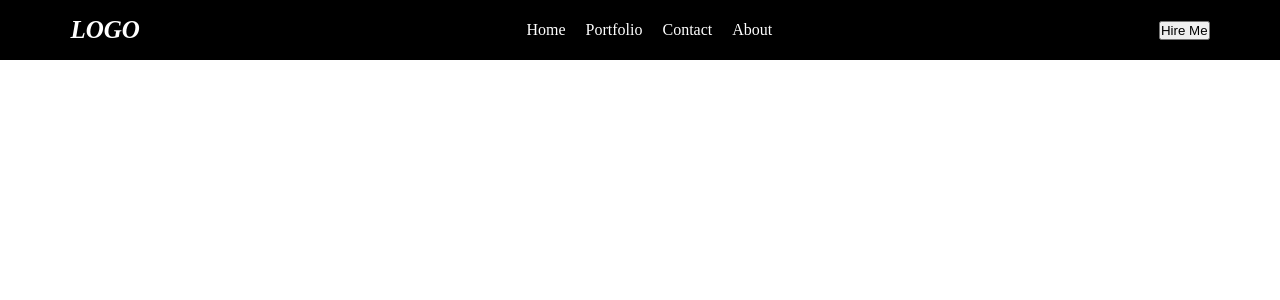
Repository: DevAntonioRogers/vanilla-responsive-navbar
Page: index.html
An editor plug-in stored every save of this project. The page is shown before and after the next save, followed by the edit.
The browser window is 1280 px wide. The pictures show the whole page.

Above is the page before, as saved 2023-06-04 21:16:32.
Console error: TypeError: Cannot read properties of null (reading 'addEventListener')

### index.html
<!DOCTYPE html>
<html lang="en">
  <head>
    <meta charset="UTF-8" />
    <meta http-equiv="X-UA-Compatible" content="IE=edge" />
    <meta
      name="viewport"
      content="width=device-width, initial-scale=1.
    0"
    />
    <link rel="stylesheet" href="style.css" />
    <title>Document</title>
  </head>
  <body>
    <nav>
      <div class="nav-container">
        <h1>Logo</h1>

        <ul class="nav-menu">
          <li>Home</li>
          <li>Portfolio</li>
          <li>Contact</li>
          <li>About</li>
        </ul>

        <button>Hire Me</button>
      </div>
    </nav>
    <script src="app.js"></script>
  </body>
</html>

### style.css
* {
  box-sizing: border-box;
  padding: 0;
  margin: 0;
}

a {
  text-decoration: none;
}

li {
  list-style: none;
}

nav {
  background-color: black;
}

.nav-container {
  background-color: inherit;
  color: white;
  padding: 1rem 0;
  width: 89%;
  margin: auto;
  display: flex;
  align-items: center;
  justify-content: space-between;
}

.nav-container h1 {
  font-size: 25px;
  text-transform: uppercase;
  font-style: italic;
}

.nav-menu {
  display: flex;
  gap: 20px;
}

### app.js
const hamburger = document.querySelector('.hamburger')
const navMenu = document.querySelector('.nav-menu')

hamburger.addEventListener('click', () => {
  hamburger.classList.toggle('active')
  navMenu.classList.toggle('active')
})




const textToType = ["JavaScript.", "React.", "HTML.", "CSS."];
let currentIndex = 0;
let currentText = "";
let deleting = false;

function typeText() {
  if (currentIndex >= textToType.length) {
    currentIndex = 0;
  }

  currentText = deleting
    ? textToType[currentIndex].substring(0, currentText.length - 1)
    : textToType[currentIndex].substring(0, currentText.length + 1);

  document.getElementById("typing-text").textContent = currentText;

  if (!deleting && currentText === textToType[currentIndex]) {
    deleting = true;
    setTimeout(typeText, 1000);
  } else if (deleting && currentText === "") {
    deleting = false;
    currentIndex++;
    setTimeout(typeText, 500);
  } else {
    setTimeout(typeText, deleting ? 100 : 200);
  }
}

typeText();

After the next save:
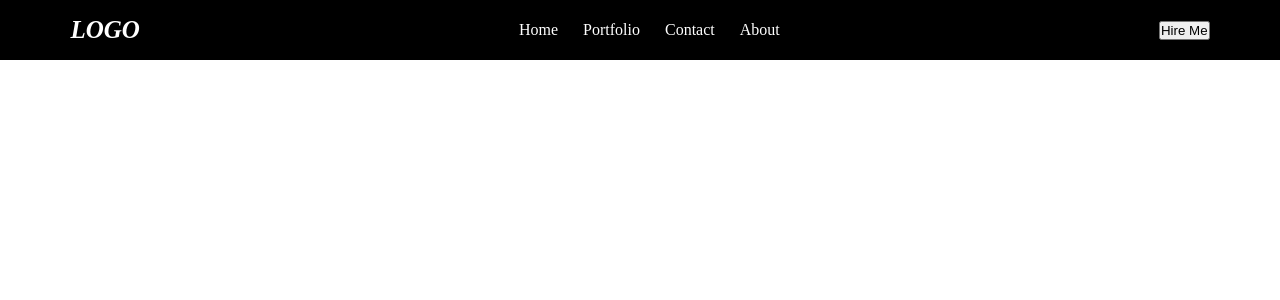
Saved 6 s later.
--- a/style.css
+++ b/style.css
@@ -35,5 +35,5 @@ nav {
 
 .nav-menu {
   display: flex;
-  gap: 20px;
+  gap: 25px;
 }
